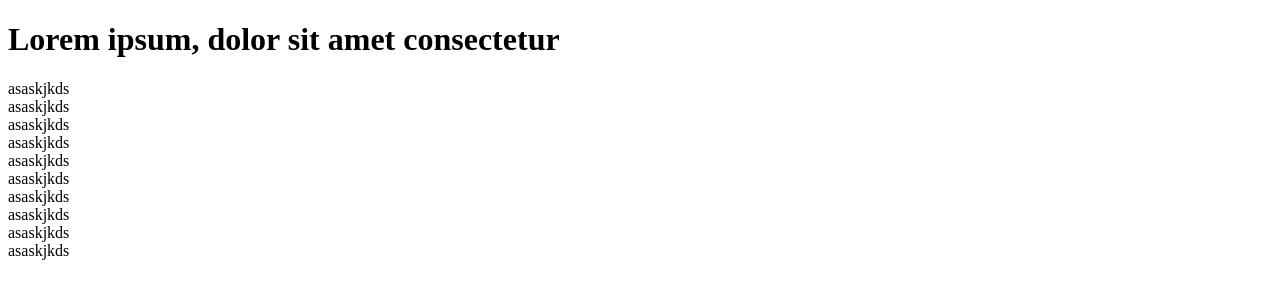
Repository: tongdkhai/Graphic-Art-Mart
Page: test/test.html
These files come from the project's save history. The page is drawn as it stood at one moment and after the next save; the edit follows.
The browser window is 1280 px wide. The pictures show the whole page.

Above is the page before, as saved 2022-10-25 17:20:29.

### test/test.html
<!DOCTYPE html>
<html lang="en">
  <head>
    <meta charset="UTF-8" />
    <meta http-equiv="X-UA-Compatible" content="IE=edge" />
    <meta name="viewport" content="width=device-width, initial-scale=1.0" />
    <title>Document</title>
    <link
      rel="stylesheet"
      href="https://unpkg.com/flickity@2.3.0/dist/flickity.pkgd.min.js"
    />
    <link
      rel="stylesheet"
      href="https://unpkg.com/flickity@2.3.0/dist/flickity.css"
    />
    <link rel="stylesheet" href="./flickity-master/css/flickity.css" />
    <style>
      .carousel {
        background-color: red;
      }
      .carousel-cell {
        background-color: #fff;
      }
    </style>
  </head>
  <body>
    <h1 class="title">Lorem ipsum, dolor sit amet consectetur </h1>
    <div class="carousel" data-flickity='"freeScroll": true, "wrapAround": true'>
      <div class="carousel-cell">
        asaskjkds
      </div>
      <div class="carousel-cell">
        asaskjkds
      </div>
      <div class="carousel-cell">
        asaskjkds
      </div>
      <div class="carousel-cell">
        asaskjkds
      </div>
      <div class="carousel-cell">
        asaskjkds
      </div>
      <div class="carousel-cell">
        asaskjkds
      </div>
      <div class="carousel-cell">
        asaskjkds
      </div>
      <div class="carousel-cell">
        asaskjkds
      </div>
      <div class="carousel-cell">
        asaskjkds
      </div>
      <div class="carousel-cell">
        asaskjkds
      </div>
    </div>
    <script type="text/javascript" src="./docs/flickity.pkgd.min.js"></script>
  </body>
</html>

### test/flickity-master/css/flickity.css
/*! Flickity v3.0.0
https://flickity.metafizzy.co
---------------------------------------------- */

.flickity-enabled {
  position: relative;
}

.flickity-enabled:focus { outline: none; }

.flickity-viewport {
  overflow: hidden;
  position: relative;
  height: 100%;
  touch-action: pan-y;
}

.flickity-slider {
  position: absolute;
  width: 100%;
  height: 100%;
  left: 0;
}

.flickity-rtl .flickity-slider {
  left: unset;
  right: 0;
}

/* draggable */

.flickity-enabled.is-draggable {
  -webkit-tap-highlight-color: transparent;
  user-select: none;
}

.flickity-enabled.is-draggable .flickity-viewport {
  cursor: move;
  cursor: grab;
}

.flickity-enabled.is-draggable .flickity-viewport.is-pointer-down {
  cursor: grabbing;
}

/* ---- flickity-cell ---- */

.flickity-cell {
  position: absolute;
  left: 0;
}

.flickity-rtl .flickity-cell {
  left: unset;
  right: 0;
}

/* ---- flickity-button ---- */

.flickity-button {
  position: absolute;
  background: hsl(0 0% 100% / 75%);
  border: none;
  color: #333;
}

.flickity-button:hover {
  background: white;
  cursor: pointer;
}

.flickity-button:focus {
  outline: none;
  box-shadow: 0 0 0 5px #19F;
}

.flickity-button:active {
  opacity: 0.6;
}

.flickity-button:disabled {
  opacity: 0.3;
  cursor: auto;
  /* prevent disabled button from capturing pointer up event. #716 */
  pointer-events: none;
}

.flickity-button-icon {
  fill: currentColor;
}

/* ---- previous/next buttons ---- */

.flickity-prev-next-button {
  top: 50%;
  width: 44px;
  height: 44px;
  border-radius: 50%;
  /* vertically center */
  transform: translateY(-50%);
}

.flickity-prev-next-button.previous { left: 10px; }
.flickity-prev-next-button.next { right: 10px; }
/* right to left */
.flickity-rtl .flickity-prev-next-button.previous {
  left: auto;
  right: 10px;
}

.flickity-rtl .flickity-prev-next-button.next {
  right: auto;
  left: 10px;
}

.flickity-prev-next-button .flickity-button-icon {
  position: absolute;
  left: 20%;
  top: 20%;
  width: 60%;
  height: 60%;
}

/* ---- page dots ---- */

.flickity-page-dots {
  position: absolute;
  width: 100%;
  bottom: -25px;
  text-align: center;
  display: flex;
  justify-content: center;
  flex-wrap: wrap;
}

.flickity-rtl .flickity-page-dots { direction: rtl; }

.flickity-page-dot {
  display: block;
  width: 10px;
  height: 10px;
  padding: 0;
  margin: 0 8px;
  background: hsl(0 0% 20% / 25%);
  border-radius: 50%;
  cursor: pointer;
  appearance: none;
  border: none;
  text-indent: -9999px;
  overflow: hidden;
}

.flickity-rtl .flickity-page-dot {
  text-indent: 9999px;
}

.flickity-page-dot:focus {
  outline: none;
  box-shadow: 0 0 0 5px #19F;
}

.flickity-page-dot.is-selected {
  background: hsl(0 0% 20% / 100%);
}

Loaded but not shown: test/docs/flickity.pkgd.min.js (library)

After the next save:
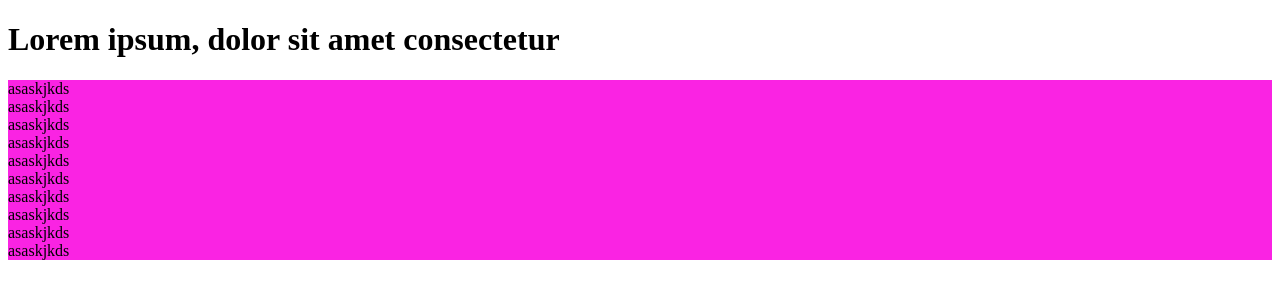
Saved 95 s later.
--- a/test/test.html
+++ b/test/test.html
@@ -19,7 +19,8 @@
         background-color: red;
       }
       .carousel-cell {
-        background-color: #fff;
+        background-color: #fa23e3;
+
       }
     </style>
   </head>
